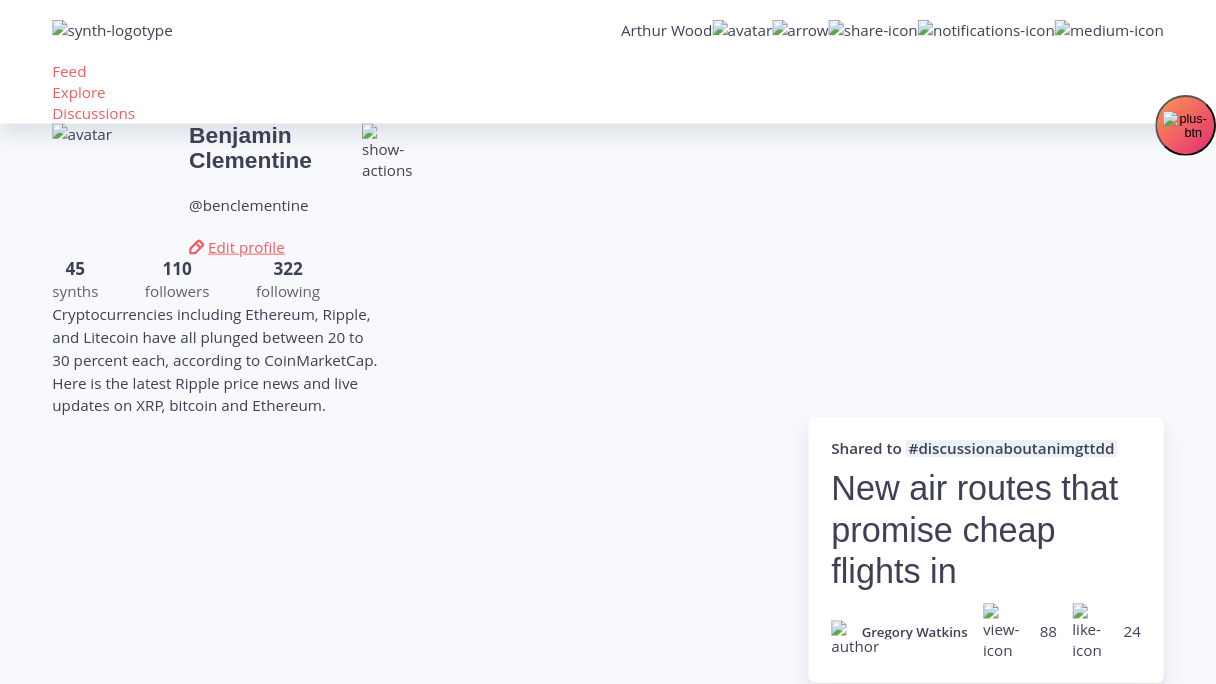
Repository: ecspetra/swivl-test-task
Page: index.html
The author's editor kept a copy of each file at every save. The page is drawn from the files as they stood at one save, then again after the next save.
The browser window is 1280 px wide. The pictures show the whole page, at 95% of full size.

Above is the page before, as saved 2021-12-09 21:10:26.

After the next save:
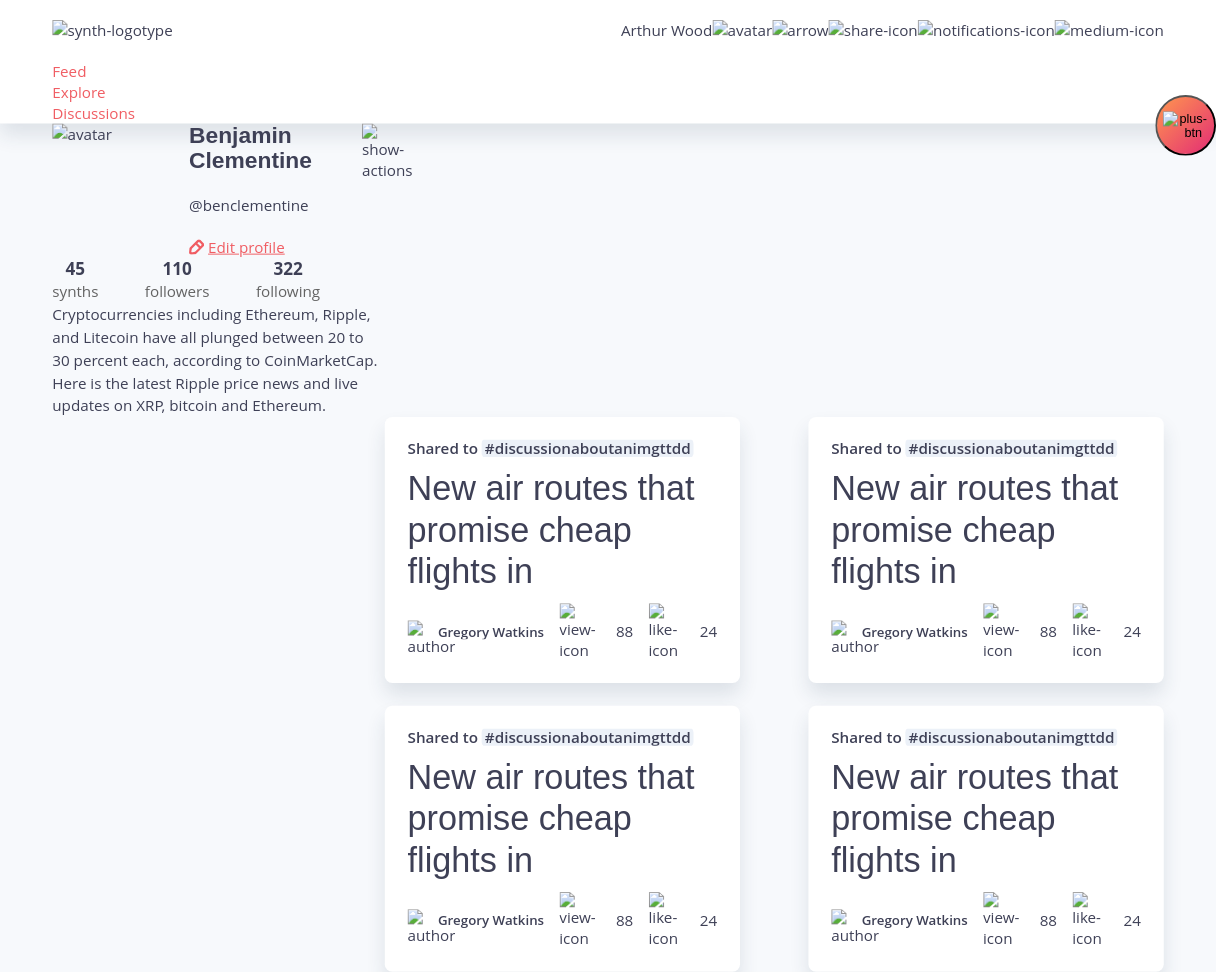
Saved 36 s later.
--- a/index.html
+++ b/index.html
@@ -103,6 +103,72 @@
                             </div>
                         </div>
                     </article>
+                    <article class="profile-card">
+                        <p class="profile-card__top">Shared to <span>#discussionaboutanimgttdd</span></p>
+                        <h1 class="profile-card__headline">New air routes that promise cheap flights in</h1>
+                        <div class="profile-card__bottom">
+                            <div class="profile-card__author-wrapper">
+                                <div class="profile-card__author-photo">
+                                    <img class="profile-card__author" src="" alt="author">
+                                </div>
+                                <p class="profile-card__author-name">Gregory Watkins</p>
+                            </div>
+                            <div class="profile-card__actions-wrapper">
+                                <div class="profile-card__icon-wrapper">
+                                    <img class="profile-card__view-icon" src="" alt="view-icon">
+                                    <p class="">88</p>
+                                </div>
+                                <div class="profile-card__icon-wrapper">
+                                    <img class="profile-card__like-icon" src="" alt="like-icon">
+                                    <p class="">24</p>
+                                </div>
+                            </div>
+                        </div>
+                    </article>
+                    <article class="profile-card">
+                        <p class="profile-card__top">Shared to <span>#discussionaboutanimgttdd</span></p>
+                        <h1 class="profile-card__headline">New air routes that promise cheap flights in</h1>
+                        <div class="profile-card__bottom">
+                            <div class="profile-card__author-wrapper">
+                                <div class="profile-card__author-photo">
+                                    <img class="profile-card__author" src="" alt="author">
+                                </div>
+                                <p class="profile-card__author-name">Gregory Watkins</p>
+                            </div>
+                            <div class="profile-card__actions-wrapper">
+                                <div class="profile-card__icon-wrapper">
+                                    <img class="profile-card__view-icon" src="" alt="view-icon">
+                                    <p class="">88</p>
+                                </div>
+                                <div class="profile-card__icon-wrapper">
+                                    <img class="profile-card__like-icon" src="" alt="like-icon">
+                                    <p class="">24</p>
+                                </div>
+                            </div>
+                        </div>
+                    </article>
+                    <article class="profile-card">
+                        <p class="profile-card__top">Shared to <span>#discussionaboutanimgttdd</span></p>
+                        <h1 class="profile-card__headline">New air routes that promise cheap flights in</h1>
+                        <div class="profile-card__bottom">
+                            <div class="profile-card__author-wrapper">
+                                <div class="profile-card__author-photo">
+                                    <img class="profile-card__author" src="" alt="author">
+                                </div>
+                                <p class="profile-card__author-name">Gregory Watkins</p>
+                            </div>
+                            <div class="profile-card__actions-wrapper">
+                                <div class="profile-card__icon-wrapper">
+                                    <img class="profile-card__view-icon" src="" alt="view-icon">
+                                    <p class="">88</p>
+                                </div>
+                                <div class="profile-card__icon-wrapper">
+                                    <img class="profile-card__like-icon" src="" alt="like-icon">
+                                    <p class="">24</p>
+                                </div>
+                            </div>
+                        </div>
+                    </article>
                 </div>
             </div>
         </section>
